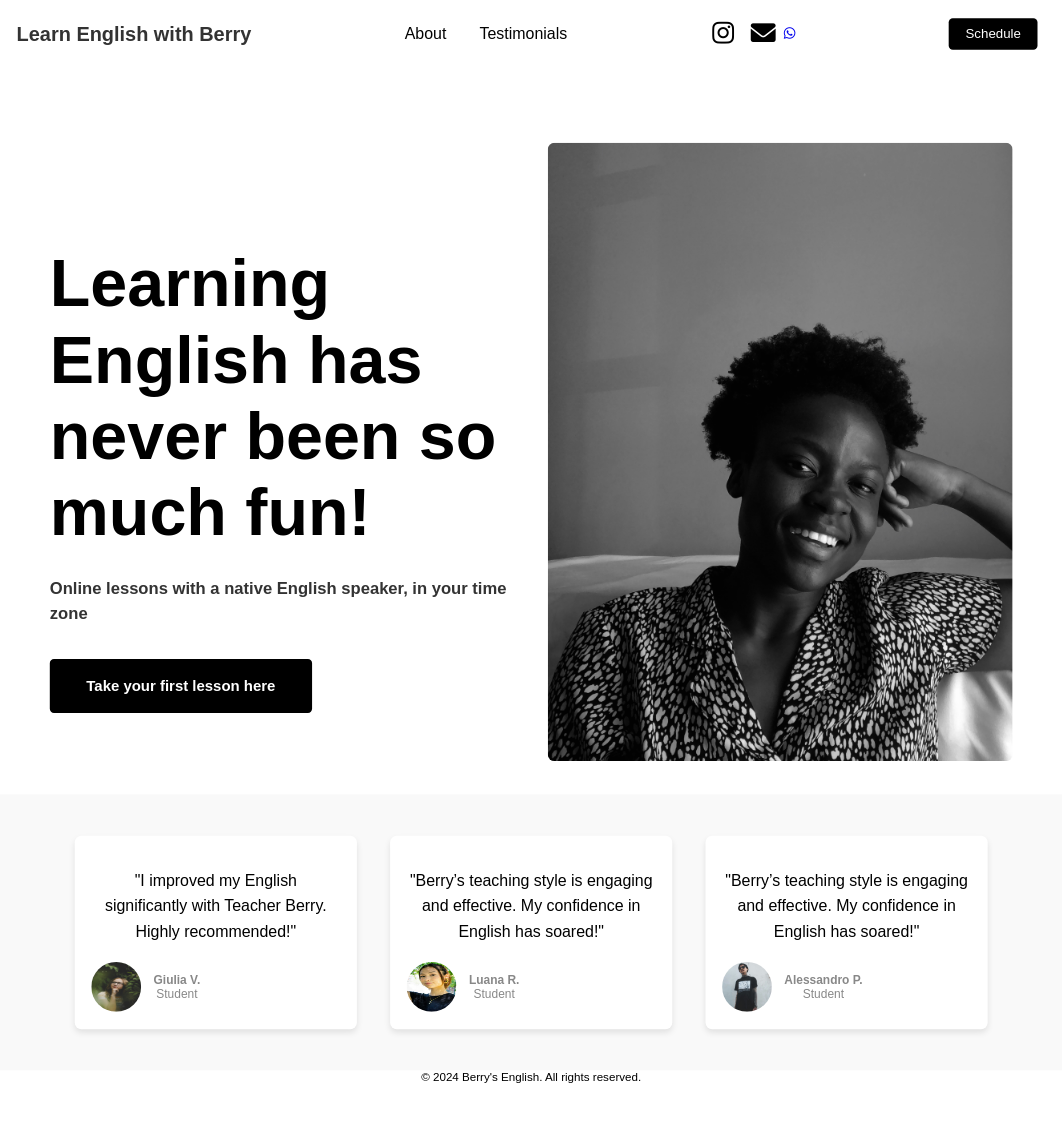
Repository: ntandomagana/esl-landing-page
Page: index.html
An editor plug-in stored every save of this project. The page is shown before and after the next save, followed by the edit.
The browser window is 1280 px wide. The pictures show the whole page, at 83% of full size.

Above is the page before, as saved 2024-07-17 14:38:54.

After the next save:
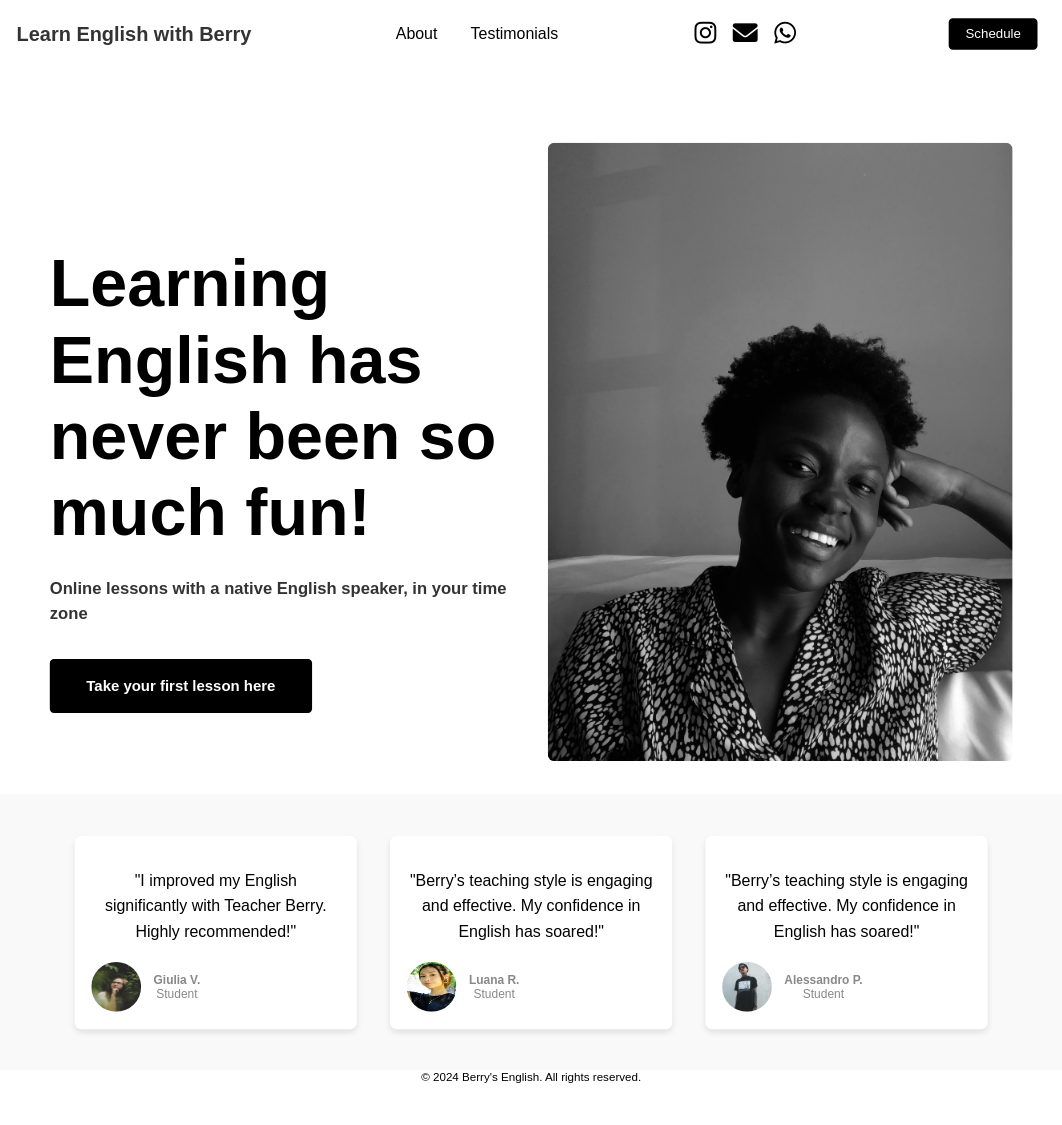
Saved 14 s later.
--- a/index.html
+++ b/index.html
@@ -24,7 +24,7 @@
             <div class="social-links">
                 <a href="https://www.instagram.com/ntandoblack" target="_blank" class="social-link"><i class="fab fa-instagram"></i></a>
                 <a href="mailto:ntandomagana@gmail.com" target="_blank" class="social-link"><i class="fas fa-envelope"></i></a>
-                <a href="https://wa.me/0784063434" target="_blank" social-link"><i class="fab fa-whatsapp"></i></a>
+                <a href="https://wa.me/0784063434" target="_blank" class="social-link"><i class="fab fa-whatsapp"></i></a>
             </div>
             <a href="#contact" class="schedule-button">Schedule</a>
         </div>
